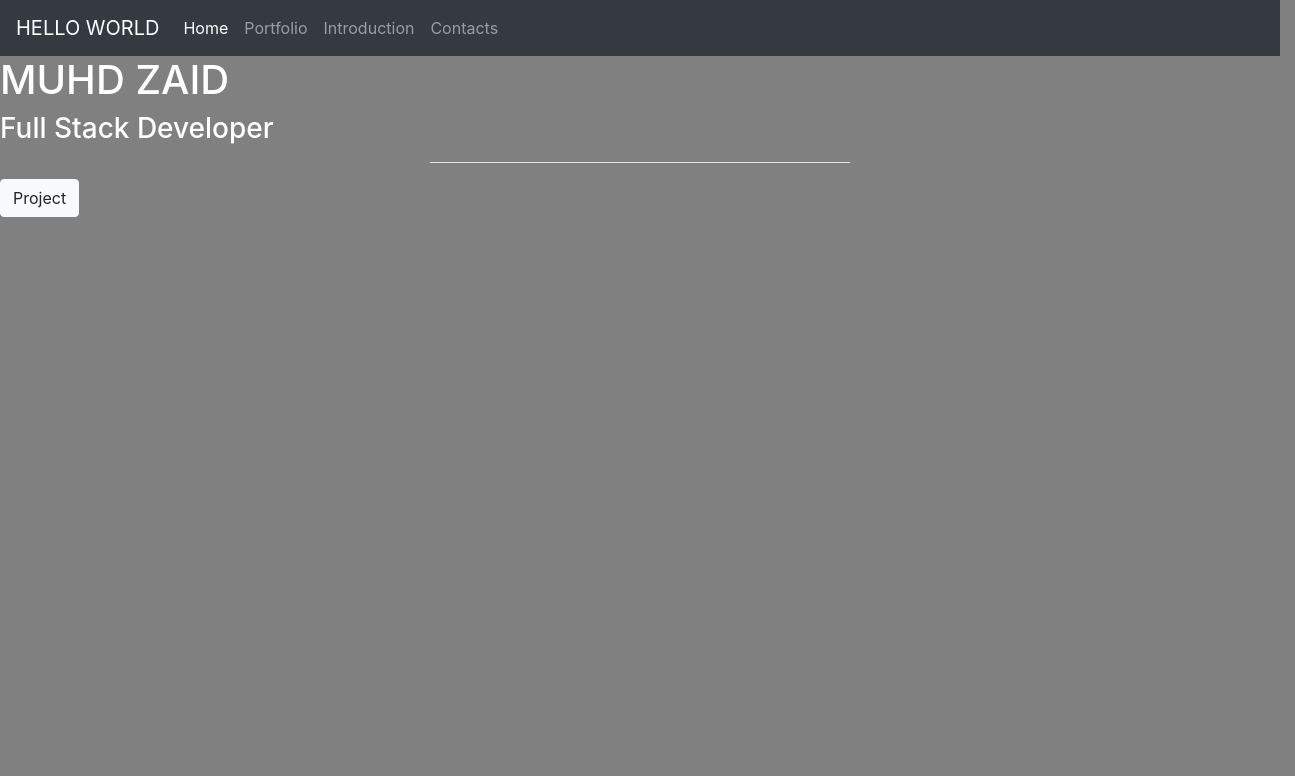
Repository: Code-Institute-Submissions/Zaidcoll-Project1
Page: index.html
The author's editor kept a record of every edit. The page is drawn from the files as they stood at one moment, then again after the next edit.
The browser window is 1280 px wide. The page is 1295 px wide, so the pictures cover 1295 px, including what lies to the right of the window. The pictures show the whole page.

Above is the page before.
Not found: hero-image.jpg

### index.html
<!doctype html>
<html lang="en">
  <head>
    <meta charset="utf-8">
    <meta name="viewport" content="width=device-width, initial-scale=1, shrink-to-fit=no">
    <link rel="stylesheet" href="https://stackpath.bootstrapcdn.com/bootstrap/4.3.1/css/bootstrap.min.css" integrity="sha384-ggOyR0iXCbMQv3Xipma34MD+dH/1fQ784/j6cY/iJTQUOhcWr7x9JvoRxT2MZw1T" crossorigin="anonymous">
    <link rel="stylesheet" href='style.css'>
    <title>Resume</title>
  </head>
  <body>
    <nav class="navbar navbar-expand-lg navbar-dark bg-dark">
		<a class="navbar-brand" href="#">HELLO WORLD</a>
      <button class="navbar-toggler" type="button" data-toggle="collapse" data-target="#navbarSupportedContent" aria-controls="navbarSupportedContent" aria-expanded="false" aria-label="Toggle navigation">
        <span class="navbar-toggler-icon"></span>
      </button>

    <div class="collapse navbar-collapse" id="navbarSupportedContent">
      <ul class="navbar-nav mr-auto">
        <li class="nav-item active">
          <a class="nav-link" href="#">Home <span class="sr-only">(current)</span></a>
          <li> <a class="nav-link" href="#">Portfolio</a></li>
          <li>  <a class="nav-link" href="#">Introduction</a></li>
          <li>  <a class="nav-link" href="#">Contacts</a></li>
        </li>
      </ul>
    </div>
  </nav>

  <div class ='container-fullwidth'>
  <a name = 'home'>
    <div class = 'hero'>
      <div class = hero-text >
        <div class = 'row'>
          <div class = 'col-12'>
            <h1>MUHD ZAID </h1>
            <h3>Full Stack Developer</h3>
            <hr id = 'hr-1'>
            <a href="#portfolio" class="btn btn-light">Project</a>
          </div>
        </div>
    </div>
  </div>


    <script src="https://code.jquery.com/jquery-3.3.1.slim.min.js" integrity="sha384-q8i/X+965DzO0rT7abK41JStQIAqVgRVzpbzo5smXKp4YfRvH+8abtTE1Pi6jizo" crossorigin="anonymous"></script>
    <script src="https://cdnjs.cloudflare.com/ajax/libs/popper.js/1.14.7/umd/popper.min.js" integrity="sha384-UO2eT0CpHqdSJQ6hJty5KVphtPhzWj9WO1clHTMGa3JDZwrnQq4sF86dIHNDz0W1" crossorigin="anonymous"></script>
    <script src="https://stackpath.bootstrapcdn.com/bootstrap/4.3.1/js/bootstrap.min.js" integrity="sha384-JjSmVgyd0p3pXB1rRibZUAYoIIy6OrQ6VrjIEaFf/nJGzIxFDsf4x0xIM+B07jRM" crossorigin="anonymous"></script>
  </body>
</html>

### style.css
body{
    background-color:grey;
}

.hero{
  color:rgb(255, 255, 255);
  background-image:url(hero-image.jpg);
  height:100vh;
  background-size:cover;
  padding-bottom:10vh;
}

#hr-1{
  background:white;
  width:420px;
}

After the next edit:
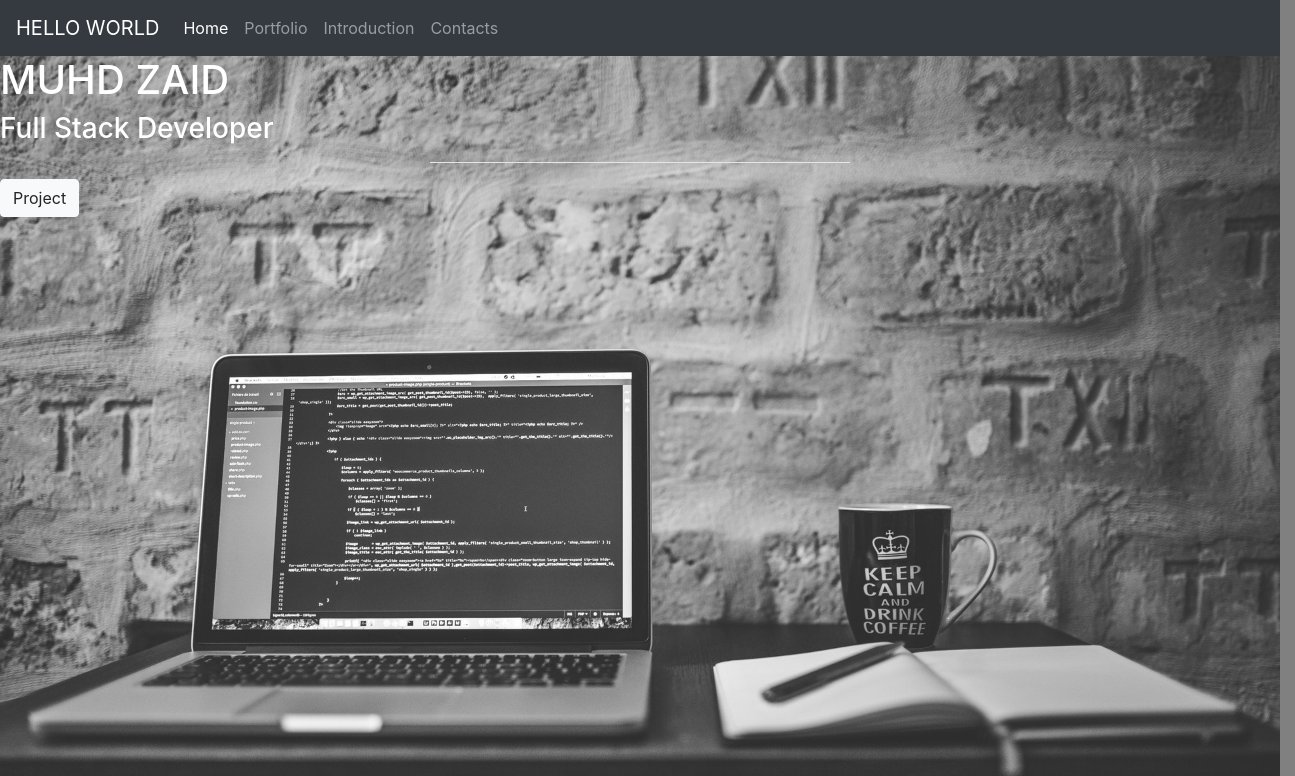
The edit:
--- a/style.css
+++ b/style.css
@@ -4,7 +4,7 @@
 
 .hero{
   color:rgb(255, 255, 255);
-  background-image:url(hero-image.jpg);
+  background-image:url(images/hero-image.jpg);
   height:100vh;
   background-size:cover;
   padding-bottom:10vh;
